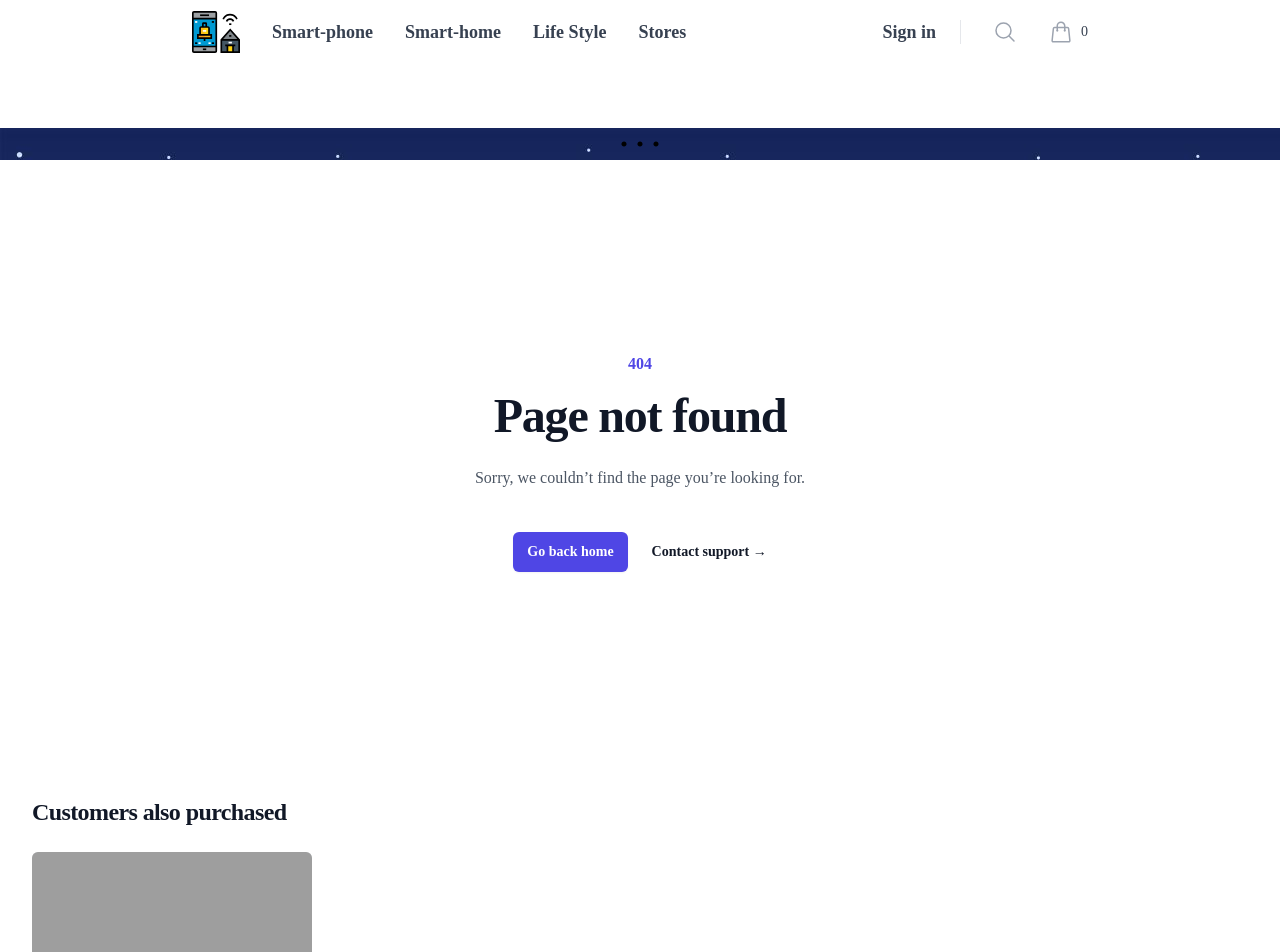
Repository: Gunplay/Smart-Home
Page: /
An editor plug-in stored every save of this project. The page is shown before and after the next save, followed by the edit.
The browser window is 1280 px wide. The pictures show the part of the page from y = 0 to 952 px (the page is 1944 px tall before and 1928 px after).
Pictures or frames that could not be fetched are drawn as grey boxes. The project was rebuilt for these pictures with package versions that can differ from the ones it lists, and the page was loaded fresh each time. Also part of the build but not shown: vite.config.js, vite.config.ts.

Above is the page before, as saved 2024-06-25 13:04:23.

### index.html
<!doctype html>
<html lang="en">

<head>
  <meta charset="UTF-8" />
  <link rel="icon" type="image/svg+xml" href="./src/assets/smart-home-svgrepo-com.svg" />
  <meta name="viewport" content="width=device-width, initial-scale=1.0" />
  <title>Smart-Home</title>
  <link real='stylesheet' href='src/style.css'>
</head>

<body>
  <div id="root"></div>

  <script type="module" src="/src/main.tsx"></script>
</body>

</html>

### src/main.tsx
import React from 'react';
import ReactDOM from 'react-dom/client';
import { BrowserRouter as Router } from 'react-router-dom';
import App from './App.tsx';
import './css/style.css';

ReactDOM.createRoot(document.getElementById('root')!).render(
	<React.StrictMode>
		<Router>
			<App />
		</Router>
	</React.StrictMode>
);

### src/App.tsx
// import { useState } from 'react';

// import reactLogo from './assets/react.svg';
// import viteLogo from '/vite.svg';
import AboutUs from './components/AboutUs';
import Carousel from './components/Carousel';
import Header from './components/Header';
import PageNotFound from './components/Page404';
import ProductsList from './components/ProductsList';

function App() {
	return (
		<>
			<div className='mr-[3.75rem] pt-[4.75rem] lg:pt-[5.25rem] overflow-hidden'>
				<Header />
				<Carousel />
			</div>
			<PageNotFound />

			<ProductsList />
			<AboutUs />
		</>
	);
}

export default App;

### src/components/AboutUs/index.tsx
const links = [
	{ name: 'Open roles', href: '#' },
	{ name: 'Internship program', href: '#' },
	{ name: 'Our values', href: '#' },
	{ name: 'Meet our leadership', href: '#' },
];
const stats = [
	{ name: 'Offices worldwide', value: '12' },
	{ name: 'Full-time colleagues', value: '300+' },
	{ name: 'Hours per week', value: '40' },
	{ name: 'Paid time off', value: 'Unlimited' },
];

export default function AboutUs() {
	return (
		<div className='relative isolate overflow-hidden bg-gray-900 py-24 sm:py-32'>
			<img
				src='https://images.unsplash.com/photo-1521737604893-d14cc237f11d?ixlib=rb-4.0.3&ixid=MnwxMjA3fDB8MHxwaG90by1wYWdlfHx8fGVufDB8fHx8&auto=format&fit=crop&crop=focalpoint&fp-y=.8&w=2830&h=1500&q=80&blend=111827&sat=-100&exp=15&blend-mode=multiply'
				alt=''
				className='absolute inset-0 -z-10 h-full w-full object-cover object-right md:object-center'
			/>
			<div
				className='hidden sm:absolute sm:-top-10 sm:right-1/2 sm:-z-10 sm:mr-10 sm:block sm:transform-gpu sm:blur-3xl'
				aria-hidden='true'
			>
				<div
					className='aspect-[1097/845] w-[68.5625rem] bg-gradient-to-tr from-[#ff4694] to-[#776fff] opacity-20'
					style={{
						clipPath:
							'polygon(74.1% 44.1%, 100% 61.6%, 97.5% 26.9%, 85.5% 0.1%, 80.7% 2%, 72.5% 32.5%, 60.2% 62.4%, 52.4% 68.1%, 47.5% 58.3%, 45.2% 34.5%, 27.5% 76.7%, 0.1% 64.9%, 17.9% 100%, 27.6% 76.8%, 76.1% 97.7%, 74.1% 44.1%)',
					}}
				/>
			</div>
			<div
				className='absolute -top-52 left-1/2 -z-10 -translate-x-1/2 transform-gpu blur-3xl sm:top-[-28rem] sm:ml-16 sm:translate-x-0 sm:transform-gpu'
				aria-hidden='true'
			>
				<div
					className='aspect-[1097/845] w-[68.5625rem] bg-gradient-to-tr from-[#ff4694] to-[#776fff] opacity-20'
					style={{
						clipPath:
							'polygon(74.1% 44.1%, 100% 61.6%, 97.5% 26.9%, 85.5% 0.1%, 80.7% 2%, 72.5% 32.5%, 60.2% 62.4%, 52.4% 68.1%, 47.5% 58.3%, 45.2% 34.5%, 27.5% 76.7%, 0.1% 64.9%, 17.9% 100%, 27.6% 76.8%, 76.1% 97.7%, 74.1% 44.1%)',
					}}
				/>
			</div>
			<div className='mx-auto max-w-7xl px-6 lg:px-8'>
				<div className='mx-auto max-w-2xl lg:mx-0'>
					<h2 className='text-4xl font-bold tracking-tight text-white sm:text-6xl'>
						Work with us
					</h2>
					<p className='mt-6 text-lg leading-8 text-gray-300'>
						Anim aute id magna aliqua ad ad non deserunt sunt. Qui irure qui
						lorem cupidatat commodo. Elit sunt amet fugiat veniam occaecat
						fugiat aliqua.
					</p>
				</div>
				<div className='mx-auto mt-10 max-w-2xl lg:mx-0 lg:max-w-none'>
					<div className='grid grid-cols-1 gap-x-8 gap-y-6 text-base font-semibold leading-7 text-white sm:grid-cols-2 md:flex lg:gap-x-10'>
						{links.map(link => (
							<a key={link.name} href={link.href}>
								{link.name} <span aria-hidden='true'>&rarr;</span>
							</a>
						))}
					</div>
					<dl className='mt-16 grid grid-cols-1 gap-8 sm:mt-20 sm:grid-cols-2 lg:grid-cols-4'>
						{stats.map(stat => (
							<div key={stat.name} className='flex flex-col-reverse'>
								<dt className='text-base leading-7 text-gray-300'>
									{stat.name}
								</dt>
								<dd className='text-2xl font-bold leading-9 tracking-tight text-white'>
									{stat.value}
								</dd>
							</div>
						))}
					</dl>
				</div>
			</div>
		</div>
	);
}

### src/components/Carousel/index.tsx
import { SetStateAction, useState } from 'react';
import { BsChevronCompactLeft, BsChevronCompactRight } from 'react-icons/bs';
import { RxDotFilled } from 'react-icons/rx';
import slideOne from '/src/assets/slider-1.jpg';
import slideTwo from '/src/assets/slider-2.jpg';
import slideThree from '/src/assets/slider-3.jpg';
const slides = [
	{
		url: slideOne,
		id: 0,
	},
	{
		url: slideTwo,
		id: 1,
	},
	{
		url: slideThree,
		id: 2,
	},
];
const Carousel = () => {
	const [currentIndex, setCurrentIndex] = useState(0);

	const prevSlide = () => {
		const isFirstSlide = currentIndex === 0;
		const newIndex = isFirstSlide ? slides.length - 1 : currentIndex - 1;
		setCurrentIndex(newIndex);
	};

	const nextSlide = () => {
		const isLastSlide = currentIndex === slides.length - 1;
		const newIndex = isLastSlide ? 0 : currentIndex + 1;
		setCurrentIndex(newIndex);
	};

	const goToSlide = (slideIndex: SetStateAction<number>) => {
		console.log(slideIndex);
		setCurrentIndex(slideIndex);
	};
	return (
		<div className='h-[780px] w-full m-auto py-16 relative group'>
			<div
				style={{ backgroundImage: `url(${slides[currentIndex].url})` }}
				className='w-full h-full bg-center bg-cover duration-500'
			>
				<div className='flex justify-center py-2 top-2'>
					{slides.map((slide, slideIndex) => (
						<div
							key={slideIndex}
							className='text-xl cursor-pointer'
							onClick={() => goToSlide(slideIndex)}
						>
							<RxDotFilled />
						</div>
					))}
				</div>
			</div>
			<div className='hidden group-hover:block absolute top-[50%] -translate-x-0 translate-y-[-50%] left-5 text-2xl rounded-full p-2 bg-black/20 text-white cursor-pointer'>
				<BsChevronCompactLeft size={30} onClick={prevSlide} />
			</div>
			<div className='hidden group-hover:block absolute top-[50%] translate-y-[-50%] right-5 text-2xl rounded-full p-2 bg-black/20 text-white cursor-pointer'>
				<BsChevronCompactRight size={30} onClick={nextSlide} />
			</div>
		</div>
	);
};

export default Carousel;

### src/components/Page404/index.tsx
export default function PageNotFound() {
	return (
		<>
			{/*
        This example requires updating your template:

        ```
        <html class="h-full">
        <body class="h-full">
        ```
      */}
			<main className='grid min-h-full place-items-center bg-white px-6 py-24 sm:py-32 lg:px-8'>
				<div className='text-center'>
					<p className='text-base font-semibold text-indigo-600'>404</p>
					<h1 className='mt-4 text-3xl font-bold tracking-tight text-gray-900 sm:text-5xl'>
						Page not found
					</h1>
					<p className='mt-6 text-base leading-7 text-gray-600'>
						Sorry, we couldn’t find the page you’re looking for.
					</p>
					<div className='mt-10 flex items-center justify-center gap-x-6'>
						<a
							href='#'
							className='rounded-md bg-indigo-600 px-3.5 py-2.5 text-sm font-semibold text-white shadow-sm hover:bg-indigo-500 focus-visible:outline focus-visible:outline-2 focus-visible:outline-offset-2 focus-visible:outline-indigo-600'
						>
							Go back home
						</a>
						<a href='#' className='text-sm font-semibold text-gray-900'>
							Contact support <span aria-hidden='true'>&rarr;</span>
						</a>
					</div>
				</div>
			</main>
		</>
	);
}

### src/components/ProductsList/index.tsx
/*
  This example requires some changes to your config:

  ```
  // tailwind.config.js
  module.exports = {
    // ...
    plugins: [
      // ...
      require('@tailwindcss/aspect-ratio'),
    ],
  }
  ```
*/
const products = [
	{
		id: 1,
		name: 'Basic Tee',
		href: '#',
		imageSrc:
			'https://tailwindui.com/img/ecommerce-images/product-page-01-related-product-01.jpg',
		imageAlt: "Front of men's Basic Tee in black.",
		price: '$35',
		color: 'Black',
	},
	// More products...
];

export default function ProductsList() {
	return (
		<div className='bg-white'>
			<div className='mx-auto max-w-2xl px-4 py-16 sm:px-6 sm:py-24 lg:max-w-7xl lg:px-8'>
				<h2 className='text-2xl font-bold tracking-tight text-gray-900'>
					Customers also purchased
				</h2>

				<div className='mt-6 grid grid-cols-1 gap-x-6 gap-y-10 sm:grid-cols-2 lg:grid-cols-4 xl:gap-x-8'>
					{products.map(product => (
						<div key={product.id} className='group relative'>
							<div className='aspect-h-1 aspect-w-1 w-full overflow-hidden rounded-md bg-gray-200 lg:aspect-none group-hover:opacity-75 lg:h-80'>
								<img
									src={product.imageSrc}
									alt={product.imageAlt}
									className='h-full w-full object-cover object-center lg:h-full lg:w-full'
								/>
							</div>
							<div className='mt-4 flex justify-between'>
								<div>
									<h3 className='text-sm text-gray-700'>
										<a href={product.href}>
											<span aria-hidden='true' className='absolute inset-0' />
											{product.name}
										</a>
									</h3>
									<p className='mt-1 text-sm text-gray-500'>{product.color}</p>
								</div>
								<p className='text-sm font-medium text-gray-900'>
									{product.price}
								</p>
							</div>
						</div>
					))}
				</div>
			</div>
		</div>
	);
}

Loaded but not shown: src/css/style.css (1876 lines, source omitted); src/components/Header/index.tsx (539 lines, source omitted)

After the next save:
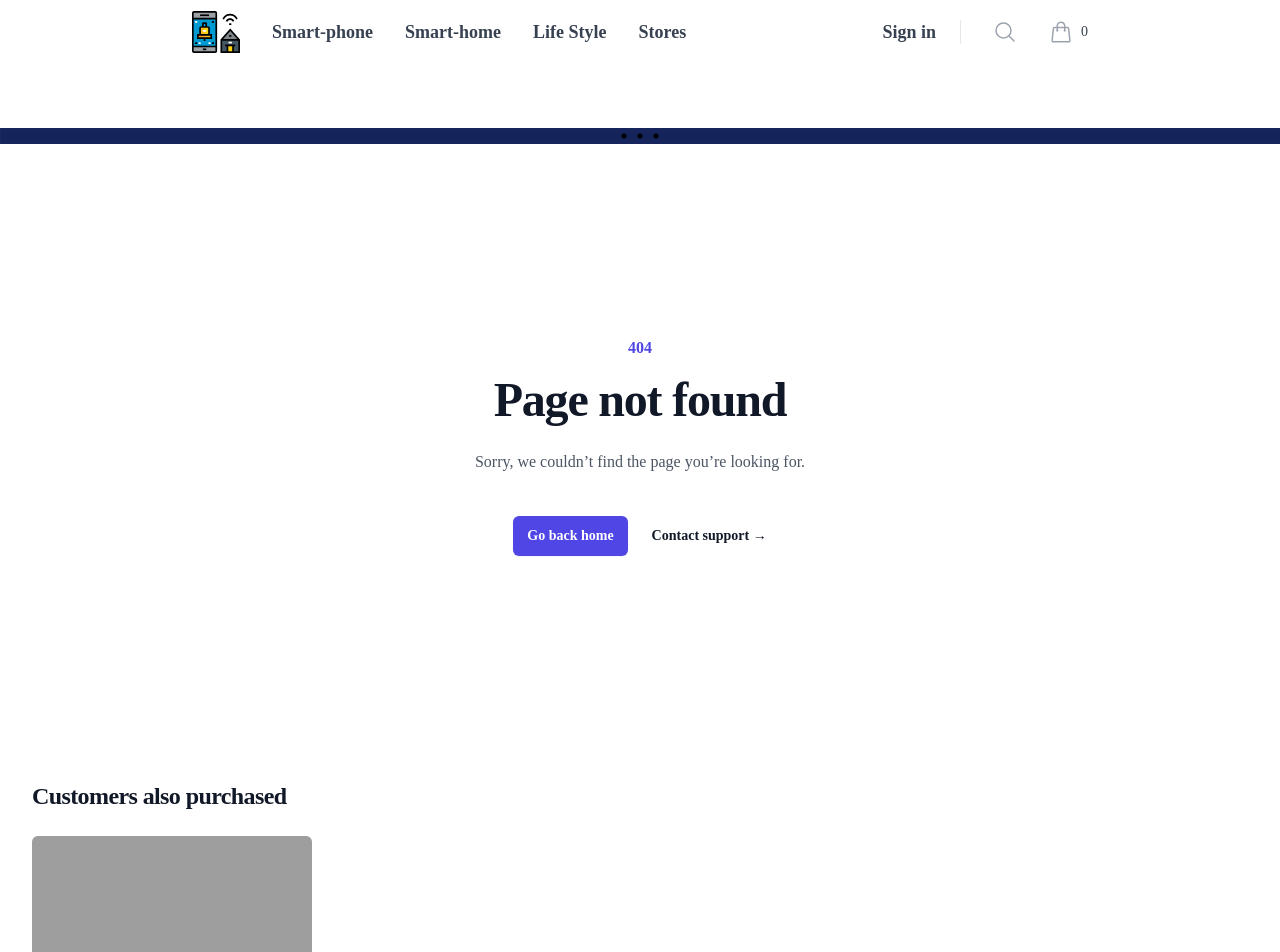
Saved 33 s later.
--- a/src/components/Carousel/index.tsx
+++ b/src/components/Carousel/index.tsx
@@ -43,7 +43,7 @@ const Carousel = () => {
 				style={{ backgroundImage: `url(${slides[currentIndex].url})` }}
 				className='w-full h-full bg-center bg-cover duration-500'
 			>
-				<div className='flex justify-center py-2 top-2'>
+				<div className='flex justify-center'>
 					{slides.map((slide, slideIndex) => (
 						<div
 							key={slideIndex}
